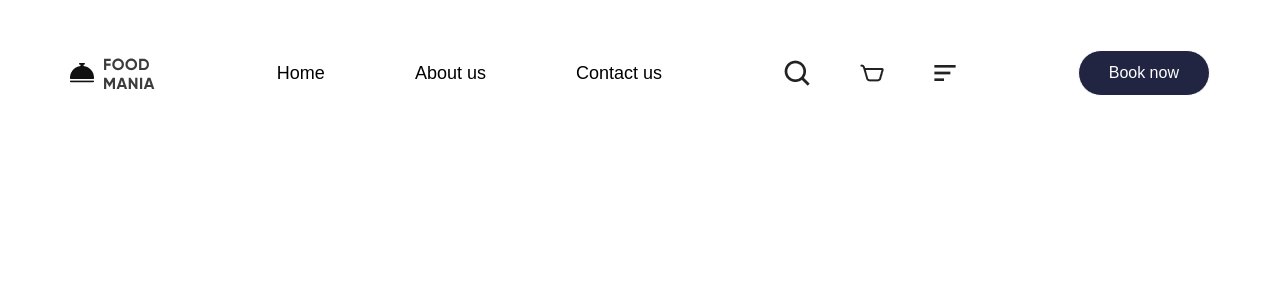
Repository: hoang0508/Figmafood
Page: index.html
An editor plug-in stored every save of this project. The page is shown before and after the next save, followed by the edit.
The browser window is 1280 px wide. The pictures show the whole page.
The style sheet was rebuilt from its Sass, Less or Tailwind sources for each picture, by a compiler version that may differ from the author's.

Above is the page before, as saved 2021-11-08 09:07:12.

### index.html
<!DOCTYPE html>
<html lang="en">
  <head>
    <meta charset="UTF-8" />
    <meta http-equiv="X-UA-Compatible" content="IE=edge" />
    <meta name="viewport" content="width=device-width, initial-scale=1.0" />
    <title>LandingPage Food</title>
    <link
      rel="stylesheet"
      href="https://cdnjs.cloudflare.com/ajax/libs/font-awesome/4.7.0/css/font-awesome.min.css"
      integrity="sha512-SfTiTlX6kk+qitfevl/7LibUOeJWlt9rbyDn92a1DqWOw9vWG2MFoays0sgObmWazO5BQPiFucnnEAjpAB+/Sw=="
      crossorigin="anonymous"
      referrerpolicy="no-referrer"
    />
    <link rel="preconnect" href="https://fonts.googleapis.com" />
    <link rel="preconnect" href="https://fonts.gstatic.com" crossorigin />
    <link
      href="https://fonts.googleapis.com/css2?family=Poppins:wght@300;400;500;600;700&display=swap"
      rel="stylesheet"
    />
    <link rel="stylesheet" href="./css/app.css" />
  </head>
  <body>
    <div class="wrapper">
      <header class="header">
        <div class="container">
          <div class="header-container d-flex--between">
            <div class="header-logo d-flex--center">
              <img src="./images/logo.png" alt="" />
              <img src="./images/FOOD MANIA.svg" alt="" />
            </div>
            <ul class="header-list d-flex--center">
              <li class="header-item">
                <a href="#" class="header-link">Home</a>
              </li>
              <li class="header-item">
                <a href="#" class="header-link">About us</a>
              </li>
              <li class="header-item">
                <a href="#" class="header-link">Contact us</a>
              </li>
            </ul>
            <div class="header-icon d-flex--center">
              <a href="#" class="icon-link">
                <img src="./images/icon-search.png" alt="" />
              </a>
              <a href="#" class="icon-link">
                <img src="./images/icon-cart.png" alt="" />
              </a>
              <a href="#" class="icon-link">
                <img src="./images/icon-bars.png" alt="" />
              </a>
            </div>
            <button class="button button--primary">Book now</button>
          </div>
        </div>
      </header>
    </div>
  </body>
</html>

### sass/app.scss
@import "variable";
@import "reset";
@import "global";
@import "typography";
@import "header";

### sass/variable.scss
$primary-color: #212542;
$secondary-color: #2e0a0c;
$border-color: #ffda7b;
$text-color-box: #424242;
$text-color-small: #747474;

### sass/reset.scss
html {
  box-sizing: border-box;
}
* {
  margin: 0;
  padding: 0;
}
*,
*:before,
*:after {
  box-sizing: border-box;
}
input,
textarea,
select,
button {
  outline: none;
}
input {
  line-height: normal;
}
label,
button {
  cursor: pointer;
}
a {
  text-decoration: none;
}
img {
  display: block;
  max-width: 100%;
}

ul,
li {
  list-style: none;
}

### sass/global.scss
.wrapper {
  max-width: 1440px;
  margin: 0 auto;
  overflow: hidden;
}

.container {
  max-width: 1170px;
  margin: 0 auto;
  padding: 0 15px;
}

body {
  font-family: "Popins", sans-serif;
  line-height: 1;
  font-size: 16px;
}

.d-flex--center {
  display: flex;
  align-items: center;
}

.d-flex--between {
  display: flex;
  justify-content: space-between;
  align-items: center;
}

.button {
  display: inline-block;
  color: #fff;
  background-color: $primary-color;
  border: 0;
  &--primary {
    font-size: 16px;
    font-weight: 500;
    line-height: calc(24 / 16);
    padding: 10px 30px;
    background: #212542;
    border: 1.5px solid #ffffff;
    border-radius: 100px;
    display: flex;
    align-items: center;
    justify-content: center;
  }
}

### sass/typography.scss
.heading-title {
  font-size: 58px;
  font-weight: 600;
  line-height: calc(87 / 58);
  color: $secondary-color;
}

.text-desc {
  font-size: 18px;
  font-weight: 500;
  line-height: calc(27 / 18);
  padding: 25px 0 71px;
}

### sass/_header.scss
.header {
  margin-top: 50px;
  &-logo {
    gap: 10px;
  }
  &-list {
    gap: 0 90px;
    font-size: 18px;
    font-weight: 500;
  }
  &-item {
    position: relative;
  }
  &-link {
    position: relative;
    color: #000000;
  }
  &-link:after {
    position: absolute;
    display: inline-block;
    width: 100%;
    height: 3px;
    background-color: $primary-color;
    bottom: -5px;
  }
  &-icon {
    gap: 0 50px;
  }
}

After the next save:
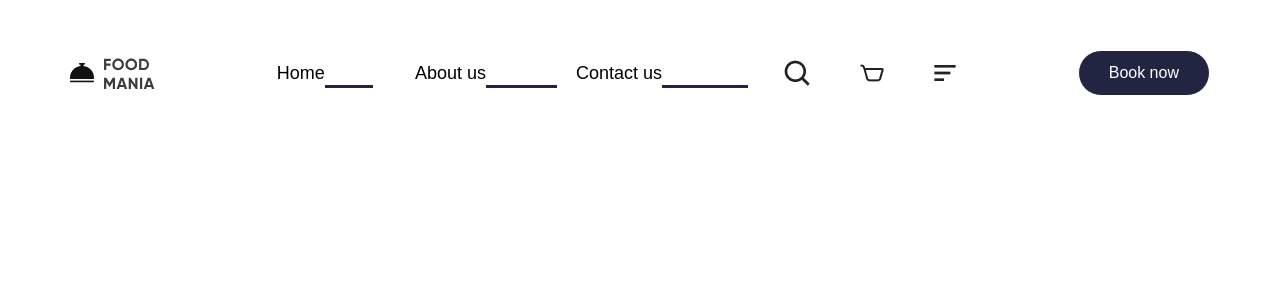
Saved 25 s later.
--- a/sass/_header.scss
+++ b/sass/_header.scss
@@ -16,6 +16,7 @@
     color: #000000;
   }
   &-link:after {
+    content: "";
     position: absolute;
     display: inline-block;
     width: 100%;
